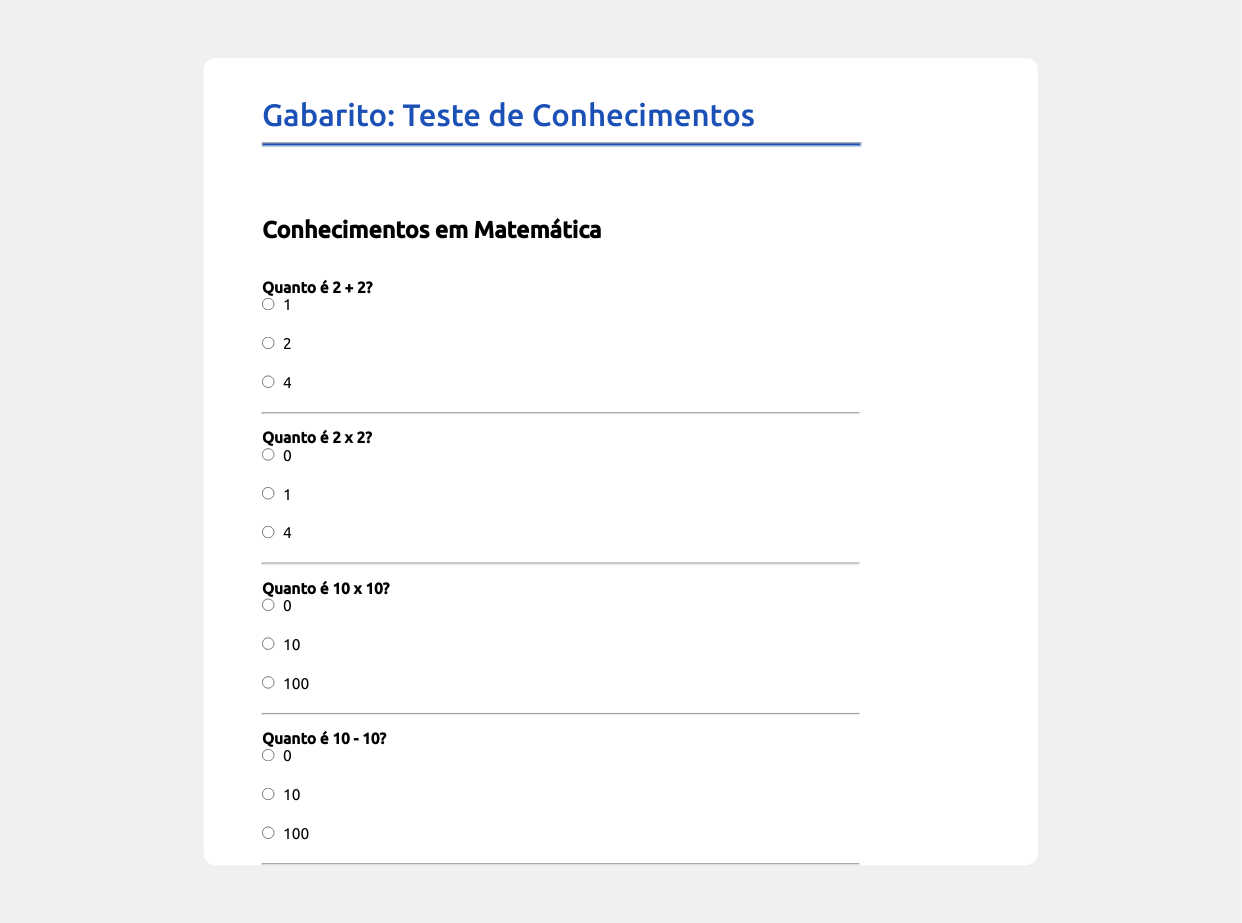
Repository: Delei09/desafioPerguntas
Page: / (app in frontend/)
These files come from the project's save history. The page is drawn as it stood at one moment and after the next save; the edit follows.
The browser window is 1280 px wide. The pictures show the whole page, at 97% of full size.
The project was rebuilt for these pictures with package versions that can differ from the ones it lists, and the page was loaded fresh each time.

Above is the page before, as saved 2021-08-18 11:53:29.

After the next save:
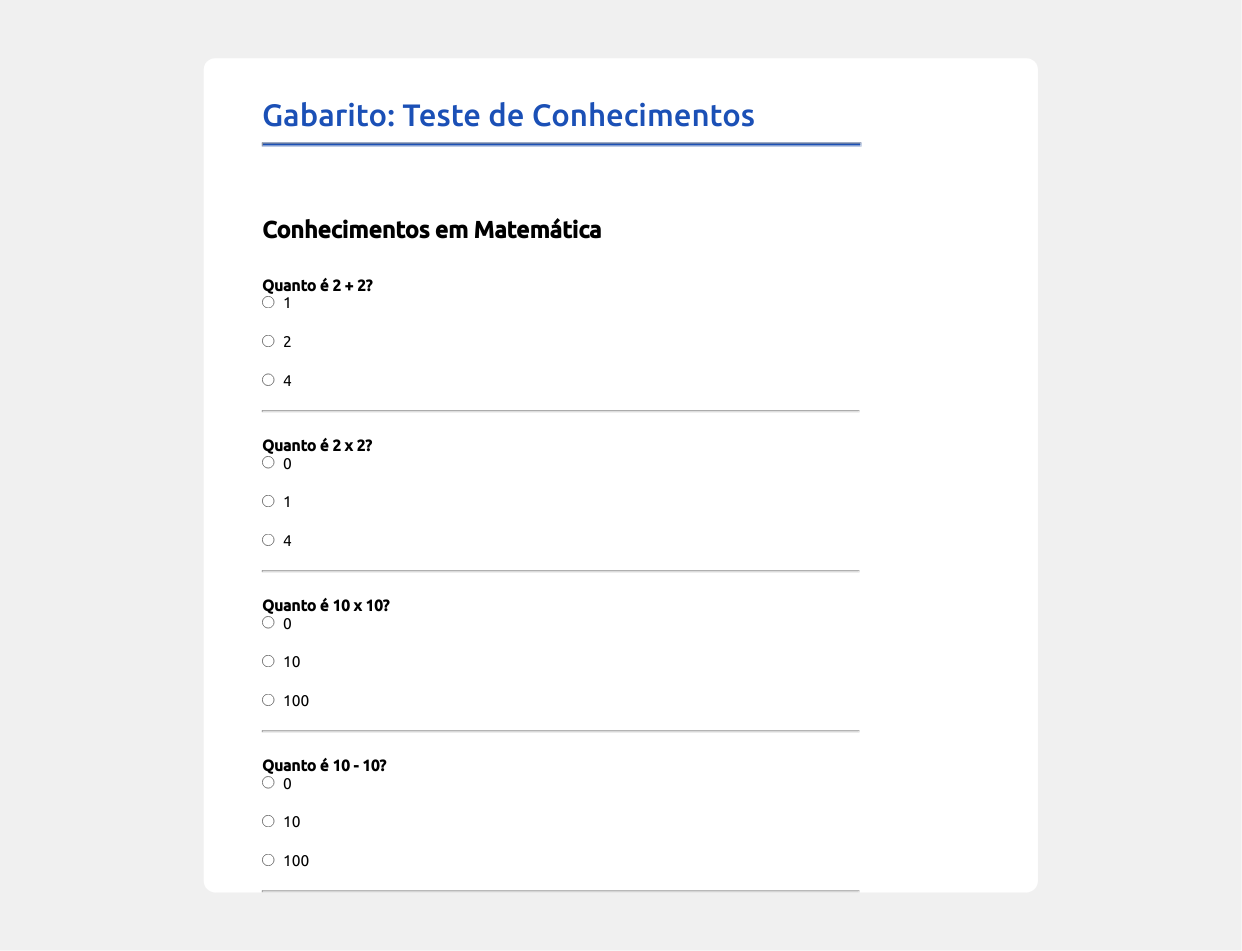
Saved 40 s later.
--- a/frontend/src/styles/containerMain.scss
+++ b/frontend/src/styles/containerMain.scss
@@ -7,7 +7,9 @@ section{
    display : flex;
    flex-direction: column;
    gap : 15px;
-   margin-top: 12px;
+   h4{
+    margin-top: 10px;
+   }
   }
 
  hr{
